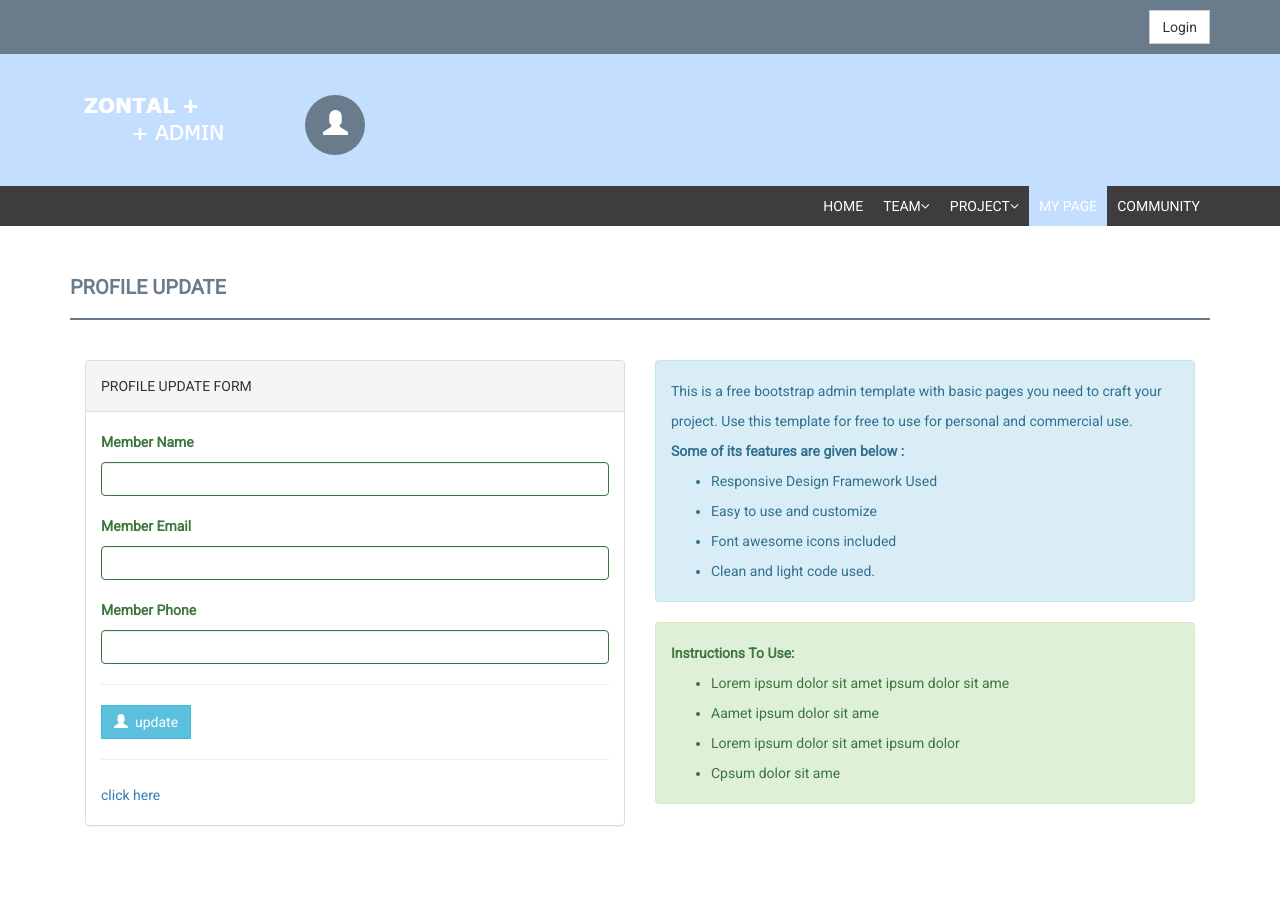
Repository: hwju91/skuniv
Page: http://localhost/0903.2/WEB-INF/jsp/mypage/profileupdateform.jsp
The author's editor kept a copy of each file at every save. The page is drawn from the files as they stood at one save, then again after the next save.
The browser window is 1280 px wide. The pictures show the whole page.
The page is served by Tomcat 9. Nobody is signed in. The template is opened directly, without the code that normally fills it, so the values that code supplies are empty.

Above is the page before, as saved 2016-09-09 16:02:40.

After the next save:
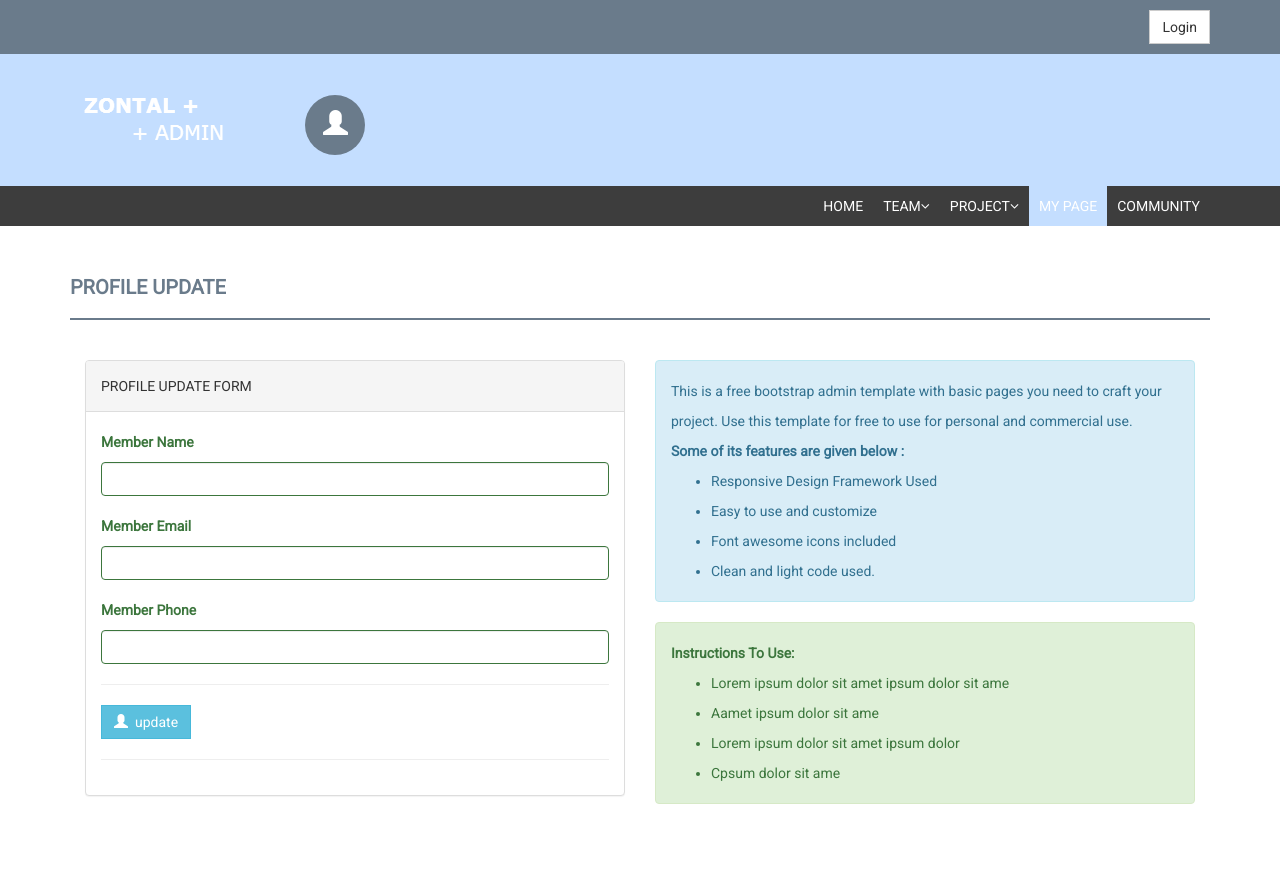
Saved 13 s later.
--- a/0903.2/WebContent/WEB-INF/jsp/mypage/profileupdateform.jsp
+++ b/0903.2/WebContent/WEB-INF/jsp/mypage/profileupdateform.jsp
@@ -48,7 +48,6 @@
 
 
 
-                            <a href="http://getbootstrap.com/css/#forms" target="_blank">click here</a>
 
                         </div>
                             </div>
